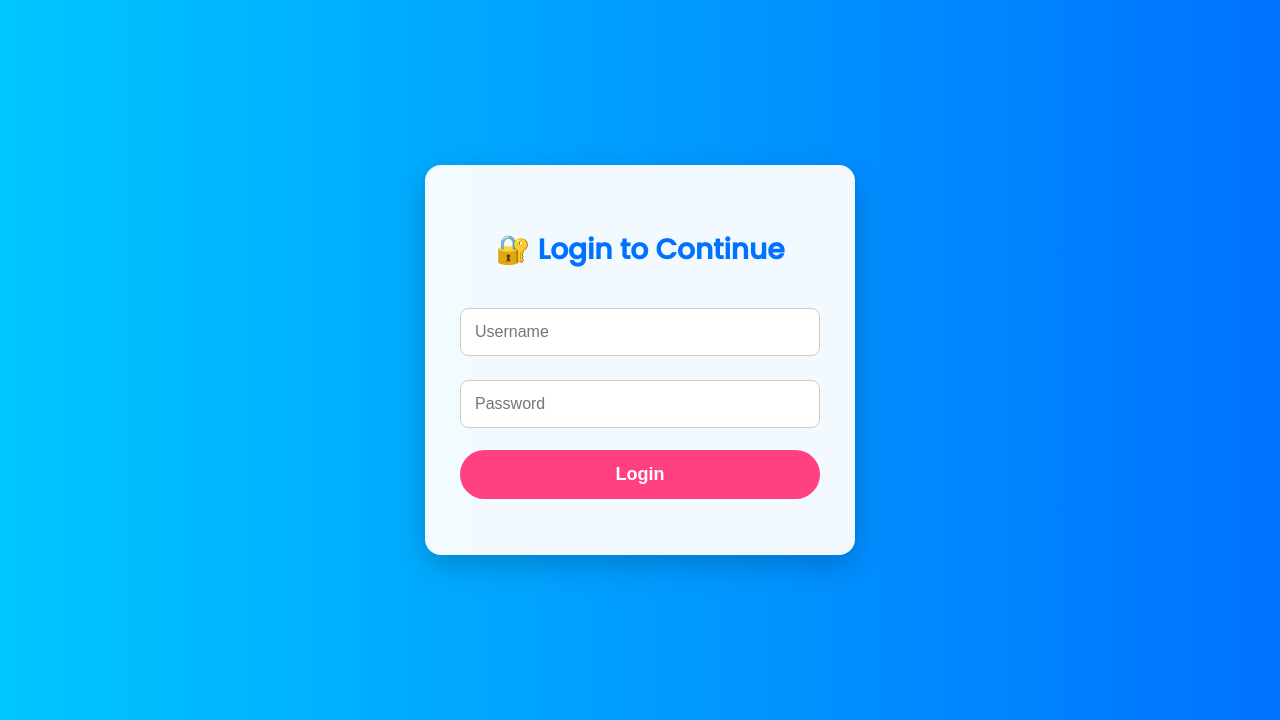
Repository: aakanksha4a/HoneySecure
Page: http://localhost/HoneySecure/login.jsp
The author's editor kept a copy of each file at every save. The page is drawn from the files as they stood at one save, then again after the next save.
The browser window is 1280 px wide. The pictures show the whole page.
The page is served by Tomcat 10. Other server files are loaded and not shown.

Above is the page before, as saved 2025-04-21 05:58:45.

### HoneySecure/src/main/webapp/login.jsp
<%@ page contentType="text/html; charset=UTF-8" language="java" %>
<html lang="en">
<head>
    <meta charset="UTF-8">
    <meta name="viewport" content="width=device-width, initial-scale=1.0">
    <title>Login</title>
    <style>
        @import url('https://fonts.googleapis.com/css2?family=Poppins:wght@500&display=swap');

        body {
            font-family: 'Poppins', sans-serif;
            background: linear-gradient(to right, #00c6ff, #0072ff);
            margin: 0;
            padding: 0;
            animation: fadeIn 1.2s ease-in;
        }

        .login-container {
            width: 100%;
            height: 100vh;
            display: flex;
            justify-content: center;
            align-items: center;
        }

        .login-box {
            background-color: rgba(255, 255, 255, 0.95);
            padding: 40px 35px;
            box-shadow: 0 10px 30px rgba(0, 0, 0, 0.2);
            border-radius: 16px;
            width: 360px;
            text-align: center;
            animation: slideUp 1s ease-out;
        }

        .login-box h2 {
            color: #0072ff;
            margin-bottom: 25px;
            font-size: 28px;
        }

        .input-field {
            width: 100%;
            padding: 14px;
            margin: 12px 0;
            border-radius: 8px;
            border: 1px solid #ccc;
            font-size: 16px;
            transition: all 0.2s ease-in-out;
        }

        .input-field:focus {
            border-color: #0072ff;
            outline: none;
            box-shadow: 0 0 8px rgba(0, 114, 255, 0.3);
        }

        .submit-btn {
            width: 100%;
            padding: 14px;
            background-color: #ff4081;
            color: white;
            border: none;
            border-radius: 30px;
            cursor: pointer;
            font-size: 18px;
            font-weight: bold;
            transition: all 0.3s ease;
            margin-top: 10px;
        }

        .submit-btn:hover {
            background-color: #f50057;
            transform: scale(1.05);
        }

        .error-message {
            color: #d9534f;
            font-size: 14px;
            margin-top: 16px;
        }

        @keyframes fadeIn {
            from { opacity: 0; }
            to { opacity: 1; }
        }

        @keyframes slideUp {
            from { transform: translateY(50px); opacity: 0; }
            to { transform: translateY(0); opacity: 1; }
        }
    </style>
</head>
<body>
    <div class="login-container">
        <div class="login-box">
            <h2>🔐 Login to Continue</h2>
            <form action="login" method="post">
                <input type="text" class="input-field" name="username" placeholder="Username" required><br>
                <input type="password" class="input-field" name="password" placeholder="Password" required><br>
                <button type="submit" class="submit-btn">Login</button>
            </form>
            <c:if test="${not empty errorMessage}">
                <div class="error-message">${errorMessage}</div>
            </c:if>
        </div>
    </div>
</body>
</html>

After the next save:
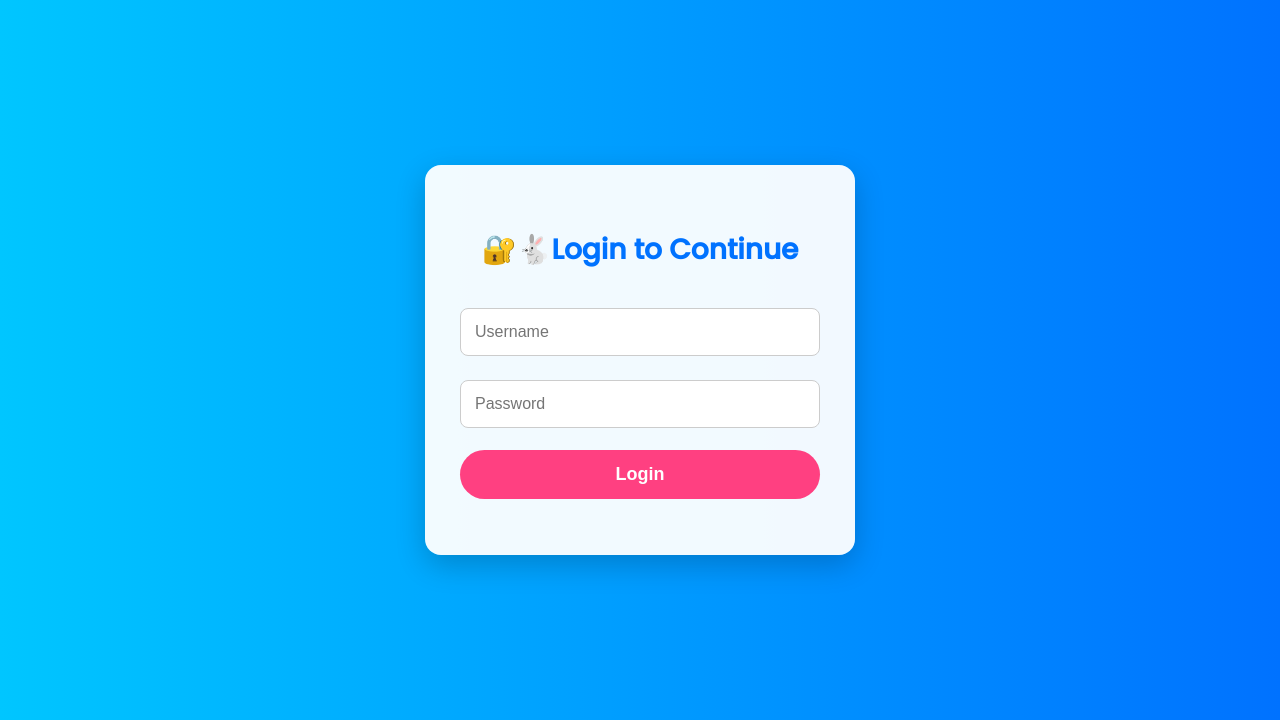
Saved 34 min 53 s later.
--- a/HoneySecure/src/main/webapp/login.jsp
+++ b/HoneySecure/src/main/webapp/login.jsp
@@ -94,7 +94,7 @@
 <body>
     <div class="login-container">
         <div class="login-box">
-            <h2>🔐 Login to Continue</h2>
+            <h2>🔐🐇Login to Continue</h2>
             <form action="login" method="post">
                 <input type="text" class="input-field" name="username" placeholder="Username" required><br>
                 <input type="password" class="input-field" name="password" placeholder="Password" required><br>
